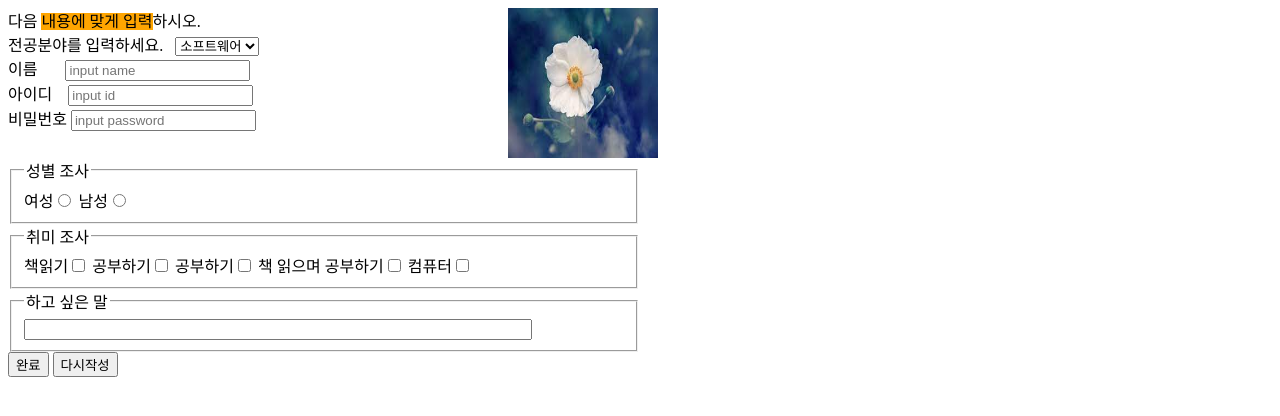
Repository: jwlee0714/HTML
Page: html/quiz-설문조사.html
These files come from the project's save history. The page is drawn as it stood at one moment and after the next save; the edit follows.
The browser window is 1280 px wide. The pictures show the whole page.

Above is the page before, as saved 2021-10-05 10:02:08.

After the next save:
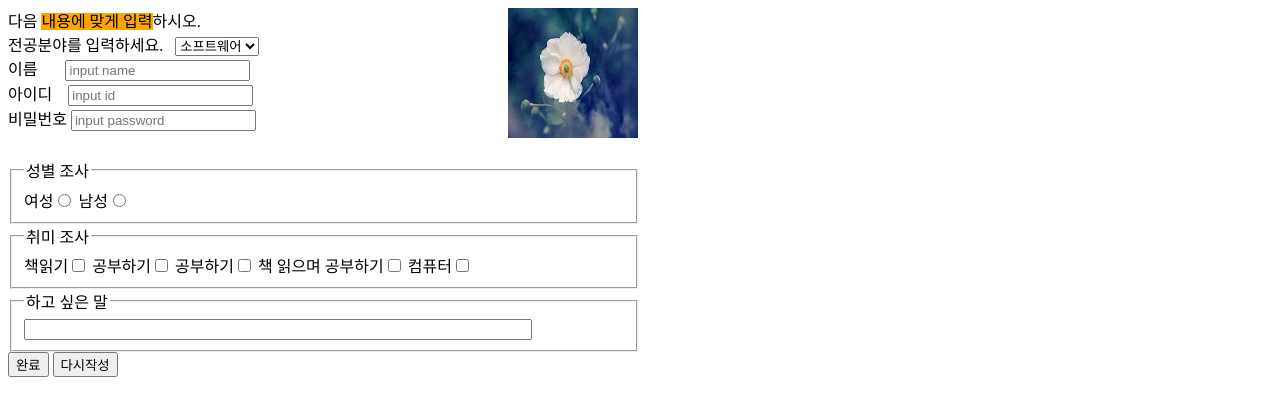
Saved 23 s later.
--- a/html/quiz-설문조사.html
+++ b/html/quiz-설문조사.html
@@ -26,7 +26,7 @@
 	</div>
 
 	<div style="width:500px; height:150px;  float:left;">
-	  <img src="img/다운로드.jfif" width="150" height="150">
+	  <img src="img/다운로드.jfif" width="130" height="130">
 	</div>
 
 
